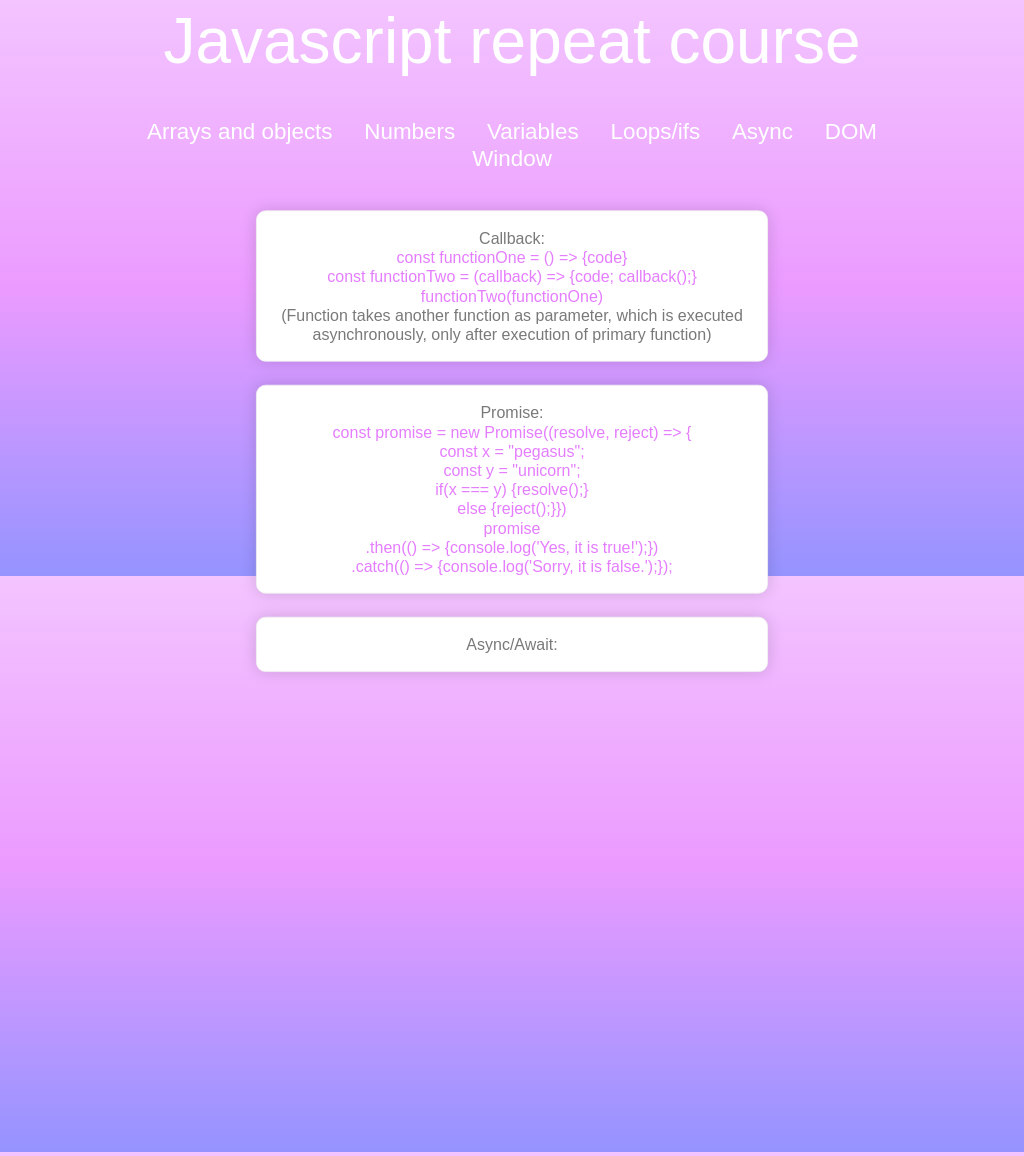
Repository: michalgornicki/javascript
Page: /#/Async
The author's editor kept a copy of each file at every save. The page is drawn from the files as they stood at one save, then again after a run of saves.
The browser window is 1280 px wide. The pictures show the whole page, at 80% of full size.
Backgrounds fixed to the window are drawn as part of the page. The project was rebuilt for these pictures with package versions that can differ from the ones it lists, and the page was loaded fresh each time. Also part of the build but not shown: src/index.css, src/components/arrays.jsx, src/components/variables.jsx, src/components/numbers.jsx, src/components/loops.jsx, src/components/DOM manipulation.jsx, src/components/window.jsx.

Above is the page before, as saved 2022-02-04 12:46:23.

### src/App.jsx
import React from "react";
import "./App.css";
import "bootstrap/dist/css/bootstrap.min.css";
import { Route, HashRouter as Router, Routes, Link } from "react-router-dom";
import Arrays from "./components/arrays.jsx"
import Variables from "./components/variables.jsx"
import Numbers from "./components/numbers.jsx"
import Loops from "./components/loops.jsx"
import Async from "./components/async.jsx"
import DOM from "./components/DOM manipulation.jsx"
import Window from "./components/window.jsx"

function App() {


  return (


    <Router>
    <div className="text-center">
      <div className="display-1 mt-1 mb-5 text-white">Javascript repeat course</div>

      <div className="h3 d-flex w-75 m-auto my-5 justify-content-evenly flex-wrap text-white">

      <Link className="link-style mx-3" to="/">Arrays and objects</Link>
      <Link className="link-style mx-3" to="/Numbers">Numbers</Link>
      <Link className="link-style mx-3" to="/Variables">Variables</Link>
      <Link className="link-style mx-3" to="/Loops">Loops/ifs</Link>
      <Link className="link-style mx-3" to="/Async">Async</Link>
      <Link className="link-style mx-3" to="/DOM">DOM</Link>
      <Link className="link-style mx-3" to="/Window">Window</Link>


      </div>

      <Routes>
          <Route path="/" element={<Arrays />} />
          <Route path="/Numbers" element={<Numbers />} />
          <Route path="/Variables" element={<Variables />} />
          <Route path="/Loops" element={<Loops />} />
          <Route path="/Async" element={<Async />} />
          <Route path="/DOM" element={<DOM />} />
          <Route path="/Window" element={<Window />} />
        </Routes>


    </div>
    </Router>
  );
}

export default App;

### src/App.css
body{
    font-family: Arial, Helvetica, sans-serif!important;
    overflow-x: hidden;
    padding-bottom: 80vh;
    height: auto;
    background: linear-gradient(rgb(243, 196, 255), rgb(235, 155, 255), rgb(149, 147, 255));
    background-attachment: fixed;
}

.js-item{
    color:rgb(121, 121, 121);
    background-color: white;
    transition: 0.2s;
    padding: 3vh;
    margin-bottom: 4vh!important;
    border: 1px solid rgb(240, 240, 240);
    width: 50%;
    margin-left: auto;
    margin-right: auto;
    box-shadow: 0px 0px 20px rgba(0, 0, 0, 0.15);
    border-radius: 0.75rem;
}

.js-item:hover{
    cursor: pointer;
    background-color: rgb(240, 240, 240);
}

.text-pink{
    color:rgb(229, 125, 255)!important;
}

.link-style{
    color: inherit;
    text-decoration: inherit;
}

.link-style:hover{
    color: rgb(229, 125, 255);
}

@media only screen and (max-device-width: 600px), (max-width: 600px) {

    .js-item{
        width: 95%;
    }

}

### src/components/async.jsx
const Async = () => {
  const functionOne = () => {
    console.log("aaa");
  };
  const functionTwo = (callback) => {
    console.log("bbb");
    callback();
  };
  functionTwo(functionOne);

  return (
    <div className="">
      <div className="js-item h5">
        {" "}
        <span className="">Callback: </span> <br />
        <span className="text-pink">{`const functionOne = () => {code}`}</span> <br />
        <span className="text-pink">{`const functionTwo = (callback) => {code; callback();}`}</span> <br />
        <span className="text-pink">{`functionTwo(functionOne)`}</span> <br /> (Function takes another function as parameter, which is executed asynchronously, only after execution of primary function)
      </div>
      <div className="js-item h5">
        {" "}
        <span className="">Promise: </span> <br />
        <span className="text-pink">{`const promise = new Promise((resolve, reject) => {`}</span> <br />
        <span className="text-pink">{`const x = "pegasus";`}</span> <br />
        <span className="text-pink">{`const y = "unicorn";`}</span> <br />
        <span className="text-pink">{` if(x === y) {resolve();}`}</span> <br />
        <span className="text-pink">{` else {reject();}})`}</span> <br />
        <span className="text-pink">{`promise`}</span> <br />
        <span className="text-pink">{`.then(() => {console.log('Yes, it is true!');})`}</span> <br />
        <span className="text-pink">{`.catch(() => {console.log('Sorry, it is false.');});`}</span> <br />
      </div>
      <div className="js-item h5">
        {" "}
        <span className="">Async/Await: </span> <br />

      </div>
    </div>
  );
};

export default Async;

Loaded but not shown: public/index.html (common file); src/index.js (common file); src/reportWebVitals.js (common file)

After the next 3 saves:
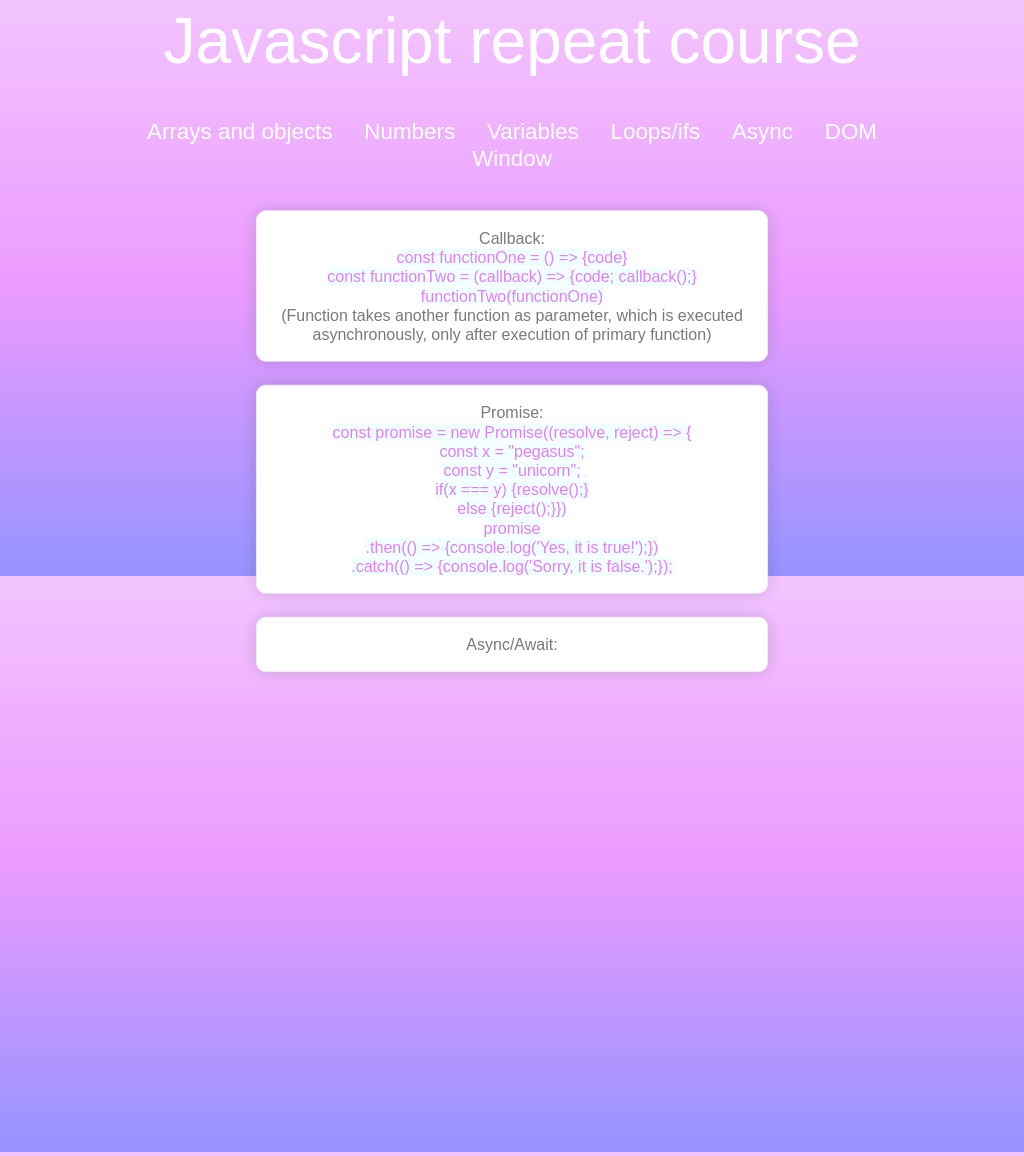
The 3 saves are shown as one change because they came seconds apart.
The last was saved 56 s later.
--- a/src/App.css
+++ b/src/App.css
@@ -28,6 +28,7 @@ body{
 
 .text-pink{
     color:rgb(229, 125, 255)!important;
+    background-color: azure;
 }
 
 .link-style{
